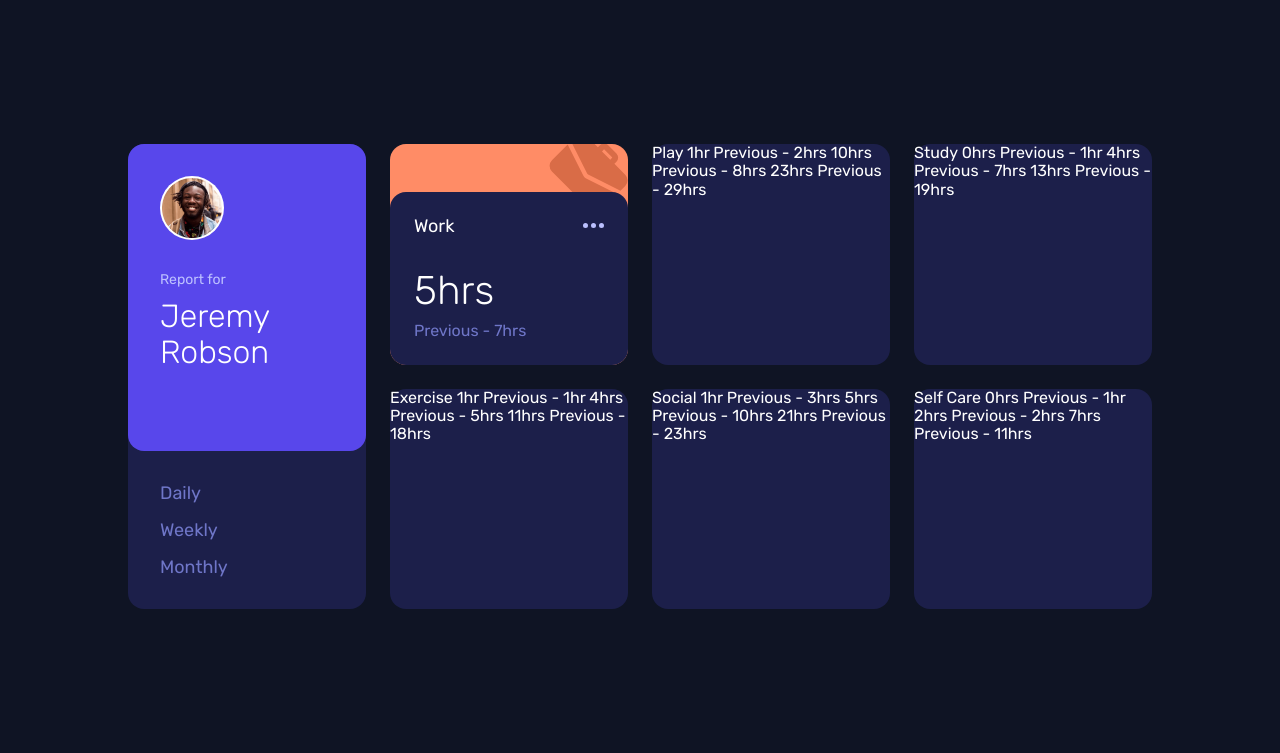
Repository: Jay-JYKim91/FM_time-tracking-dashboard
Page: index.html
These files come from the project's save history. The page is drawn as it stood at one moment and after the next save; the edit follows.
The browser window is 1280 px wide. The pictures show the whole page.

Above is the page before, as saved 2021-12-16 12:31:45.

After the next save:
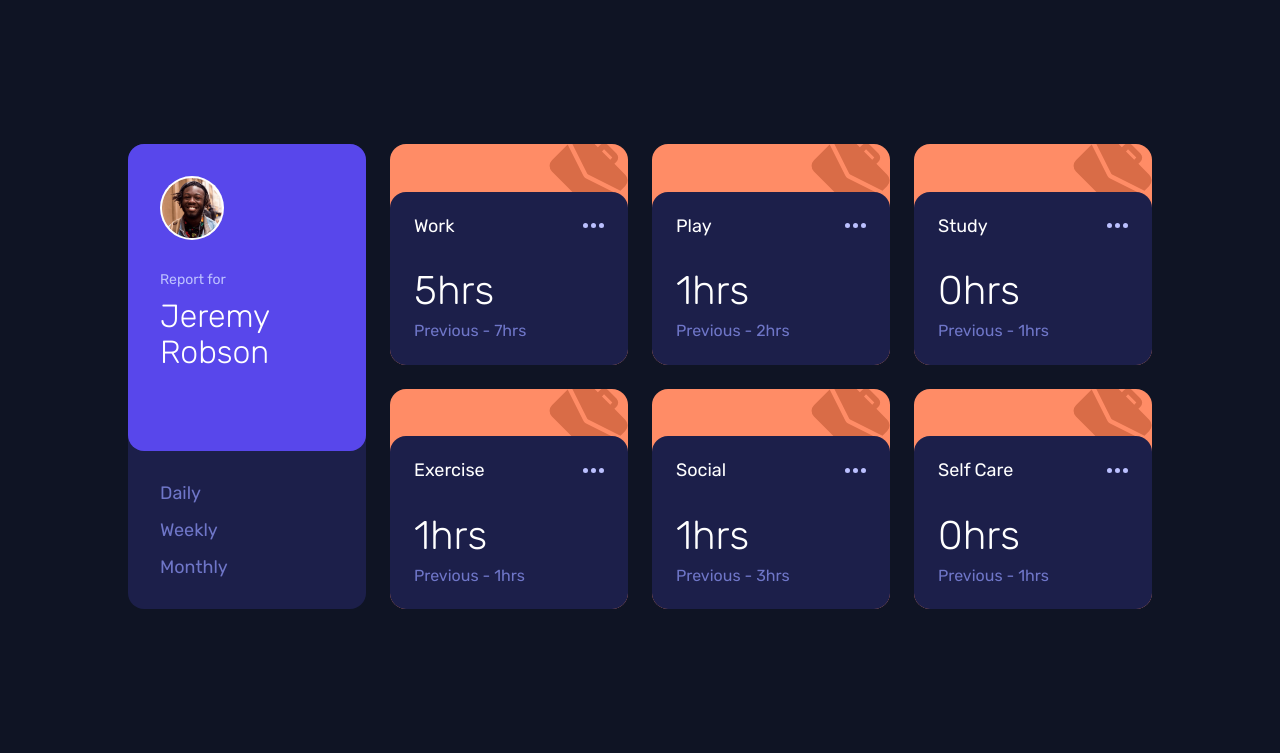
Saved 117 s later.
--- a/index.html
+++ b/index.html
@@ -39,71 +39,56 @@
         <p class="time">5hrs</p>
         <p class="previous-time">Previous - 7hrs</p>
       </div>
-
-   <!-- daily -->
-   <!-- daily -->
-  <!-- 32hrs  -->
-  <!-- weekly -->
-  <!-- Previous - 36hrs  -->
-  <!-- weekly -->
-  <!-- 103hrs  -->
-  <!-- monthly -->
-  <!-- Previous - 128hrs  -->
-  <!-- monthly -->
-
     </article>
-    <article class="card">
-      Play
-  1hr <!-- daily -->
-  Previous - 2hrs <!-- daily -->
-  10hrs <!-- weekly -->
-  Previous - 8hrs <!-- weekly -->
-  23hrs <!-- monthly -->
-  Previous - 29hrs <!-- monthly -->
-
-
+    <article class="card feature-card work-bg">
+      <div class="card feature-card--text">
+        <div class="title-wrapper">
+          <p class="title">Play</p>
+          <img src="./images/icon-ellipsis.svg" alt="ellipsis">
+        </div>
+        <p class="time">1hrs</p>
+        <p class="previous-time">Previous - 2hrs</p>
+      </div>
     </article>
-    <article class="card">
-      Study
-  0hrs <!-- daily -->
-  Previous - 1hr <!-- daily -->
-  4hrs <!-- weekly -->
-  Previous - 7hrs <!-- weekly -->
-  13hrs <!-- monthly -->
-  Previous - 19hrs <!-- monthly -->
-
-
+    <article class="card feature-card work-bg">
+      <div class="card feature-card--text">
+        <div class="title-wrapper">
+          <p class="title">Study</p>
+          <img src="./images/icon-ellipsis.svg" alt="ellipsis">
+        </div>
+        <p class="time">0hrs</p>
+        <p class="previous-time">Previous - 1hrs</p>
+      </div>
     </article>
-    <article class="card">
-      Exercise
-  1hr <!-- daily -->
-  Previous - 1hr <!-- daily -->
-  4hrs <!-- weekly -->
-  Previous - 5hrs <!-- weekly -->
-  11hrs <!-- monthly -->
-  Previous - 18hrs <!-- monthly -->
-
-
+    <article class="card feature-card work-bg">
+      <div class="card feature-card--text">
+        <div class="title-wrapper">
+          <p class="title">Exercise</p>
+          <img src="./images/icon-ellipsis.svg" alt="ellipsis">
+        </div>
+        <p class="time">1hrs</p>
+        <p class="previous-time">Previous - 1hrs</p>
+      </div>
     </article>
-    <article class="card">
-      Social
-  1hr <!-- daily -->
-  Previous - 3hrs <!-- daily -->
-  5hrs <!-- weekly -->
-  Previous - 10hrs <!-- weekly -->
-  21hrs <!-- monthly -->
-  Previous - 23hrs <!-- monthly -->
-
-
+    <article class="card feature-card work-bg">
+      <div class="card feature-card--text">
+        <div class="title-wrapper">
+          <p class="title">Social</p>
+          <img src="./images/icon-ellipsis.svg" alt="ellipsis">
+        </div>
+        <p class="time">1hrs</p>
+        <p class="previous-time">Previous - 3hrs</p>
+      </div>
     </article>
-    <article class="card">
-      Self Care
-  0hrs <!-- daily -->
-  Previous - 1hr <!-- daily -->
-  2hrs <!-- weekly -->
-  Previous - 2hrs <!-- weekly -->
-  7hrs <!-- monthly -->
-  Previous - 11hrs <!-- monthly -->
+    <article class="card feature-card work-bg">
+      <div class="card feature-card--text">
+        <div class="title-wrapper">
+          <p class="title">Self Care</p>
+          <img src="./images/icon-ellipsis.svg" alt="ellipsis">
+        </div>
+        <p class="time">0hrs</p>
+        <p class="previous-time">Previous - 1hrs</p>
+      </div>
     </article>
   </section>
 
